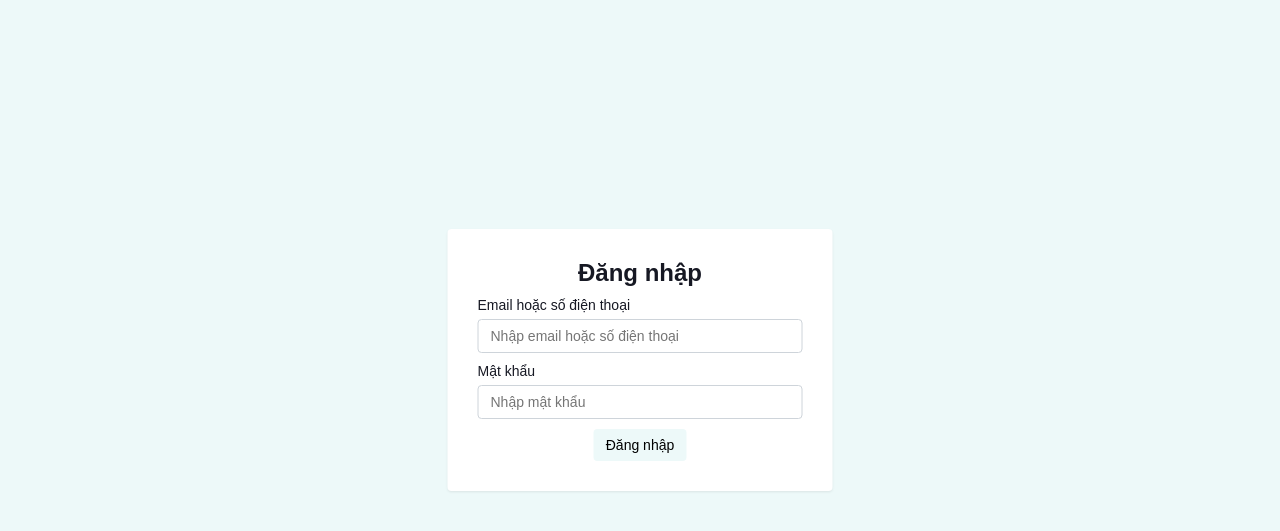
Repository: ntq25012002/chat-app
Page: /login
An editor plug-in stored every save of this project. The page is shown before and after the next save, followed by the edit.
The browser window is 1280 px wide. The pictures show the whole page.
The project was rebuilt for these pictures with package versions that can differ from the ones it lists, and the page was loaded fresh each time. Also part of the build but not shown: src/pages/Home/index.js, src/pages/Profile/index.js, src/layouts/components/SideBar/index.js, src/layouts/DefaultLayout/index.js.

Above is the page before, as saved 2023-05-19 10:46:29.

After the next save:
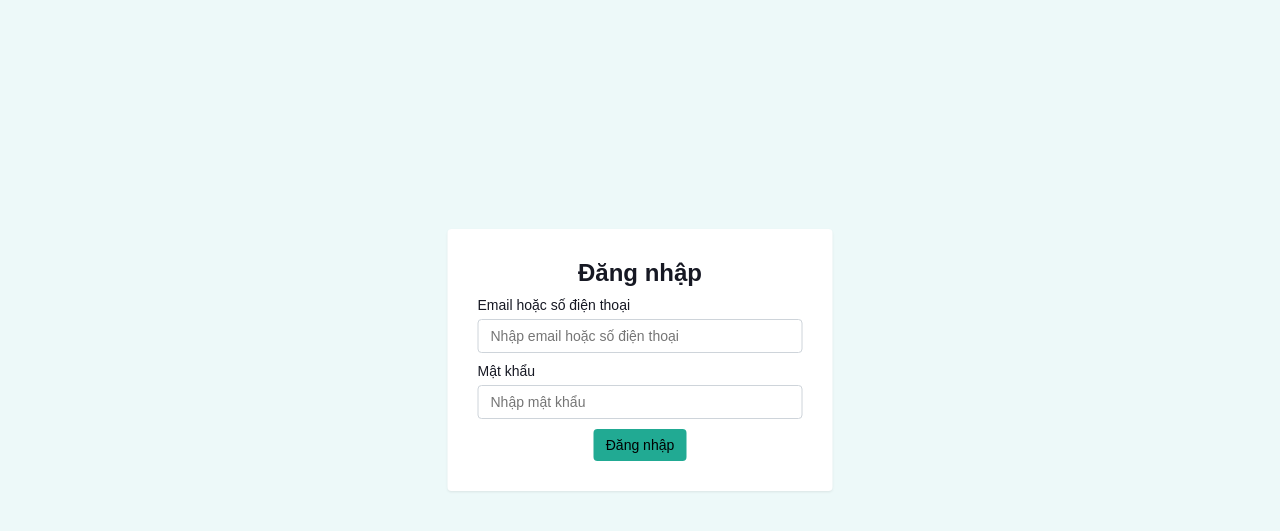
Saved 24 s later.
--- a/src/pages/Login/Login.module.scss
+++ b/src/pages/Login/Login.module.scss
@@ -42,7 +42,7 @@
             padding: 8px 12px;
             font-size: 14px;
             border-radius: 4px;
-            background-color: rgb(237, 249, 249);
+            background-color: #21aa93;
         }
     }
 }
